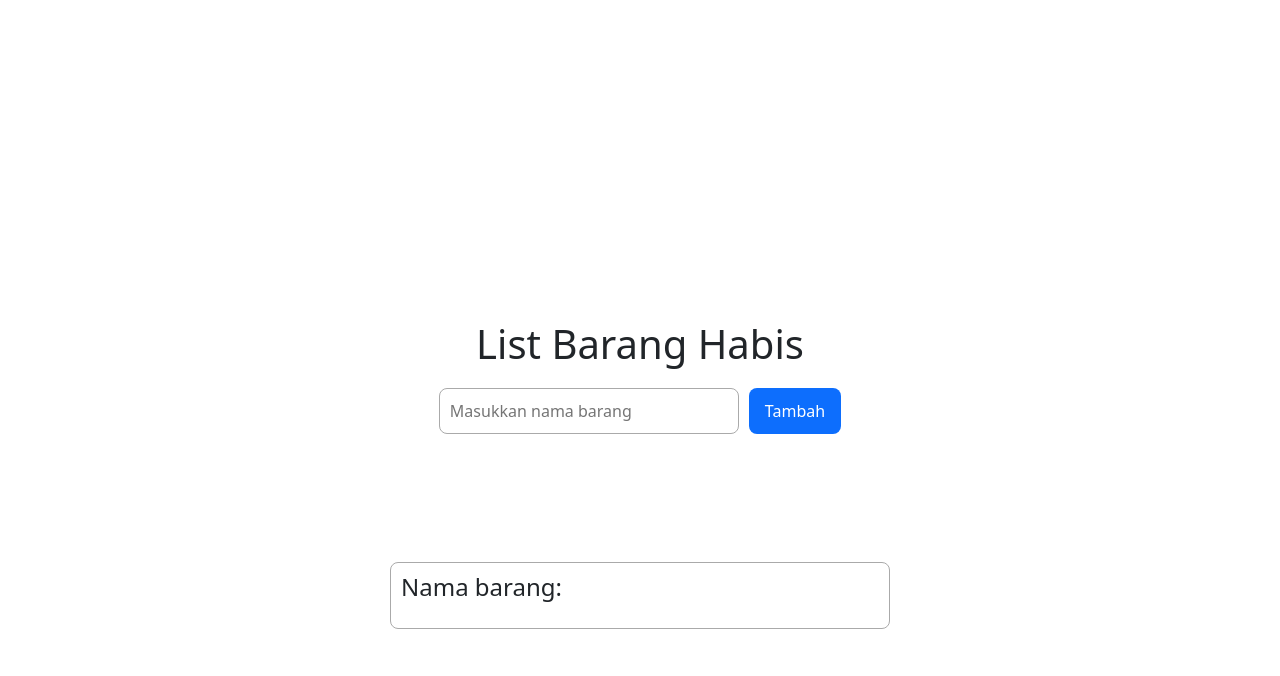
Repository: amorysdeo/dirumah
Page: index.html
An editor plug-in stored every save of this project. The page is shown before and after a run of saves, followed by the edit.
The browser window is 1280 px wide. The pictures show the whole page.

Above is the page before, as saved 2025-11-27 12:05:04.

### index.html
<!DOCTYPE html>
<html lang="en">
<head>
    <meta charset="UTF-8">
    <meta name="viewport" content="width=device-width, initial-scale=1.0">
    <link rel="stylesheet" href="css.css">
    <link href="https://cdn.jsdelivr.net/npm/bootstrap@5.3.3/dist/css/bootstrap.min.css" rel="stylesheet">

    <title>Belanja</title>
</head>
<body>
    <div id="main-box">
        <div id="title">
            <h1>List Barang Habis</h1>
        </div>
        <div id="inputan">
            <input type="text" id="barang" name="barang" placeholder="Masukkan nama barang">
            <button>Tambah</button>
        </div>
    </div>
    <div id="list-box">
        <h4>Nama barang:</h4>
        <ul></ul>
    </div>

    <script src="https://cdn.jsdelivr.net/npm/@popperjs/core@2.11.8/dist/umd/popper.min.js"></script>
    <script src="https://cdn.jsdelivr.net/npm/bootstrap@5.3.3/dist/js/bootstrap.min.js"></script>
</body>
</html>

### css.css
body {
    padding-top: 25%;
    margin: 0;
    background-color: #f5f5f5;
}

/* BOX UTAMA */
#main-box {
    /* background-color: aqua; */
    width: 75%;
    max-width: 500px;

    /* INI YANG NENGAHAN KANAN-KIRI */
    margin-left: auto;
    margin-right: auto;

    margin-bottom: 10%;

    /* Biar kontennya center */
    text-align: center;

}

/* TITLE */
#title h1 {
    margin-bottom: 20px;
}

/* INPUT + BUTTON */
#inputan {
    display: flex;
    justify-content: center;
    gap: 10px;
}

#inputan input {
    padding: 10px;
    width: 70%;
    max-width: 300px;
    border-radius: 8px;
    border: 1px solid #aaa;
    font-size: 16px;
}

#inputan button {
    padding: 10px 16px;
    border-radius: 8px;
    border: none;
    background-color: #0d6efd;
    color: white;
    font-size: 16px;
    cursor: pointer;
    transition: 0.2s;
}

#inputan button:hover {
    background-color: #0b5ed7;
}

#list-box {
    padding: 10px;
    width: 75%;
    max-width: 500px;
    border-radius: 8px;
    border: 1px solid #aaa;

    /* Nengahin */
    margin-left: auto;
    margin-right: auto;
}

After the next 5 saves:
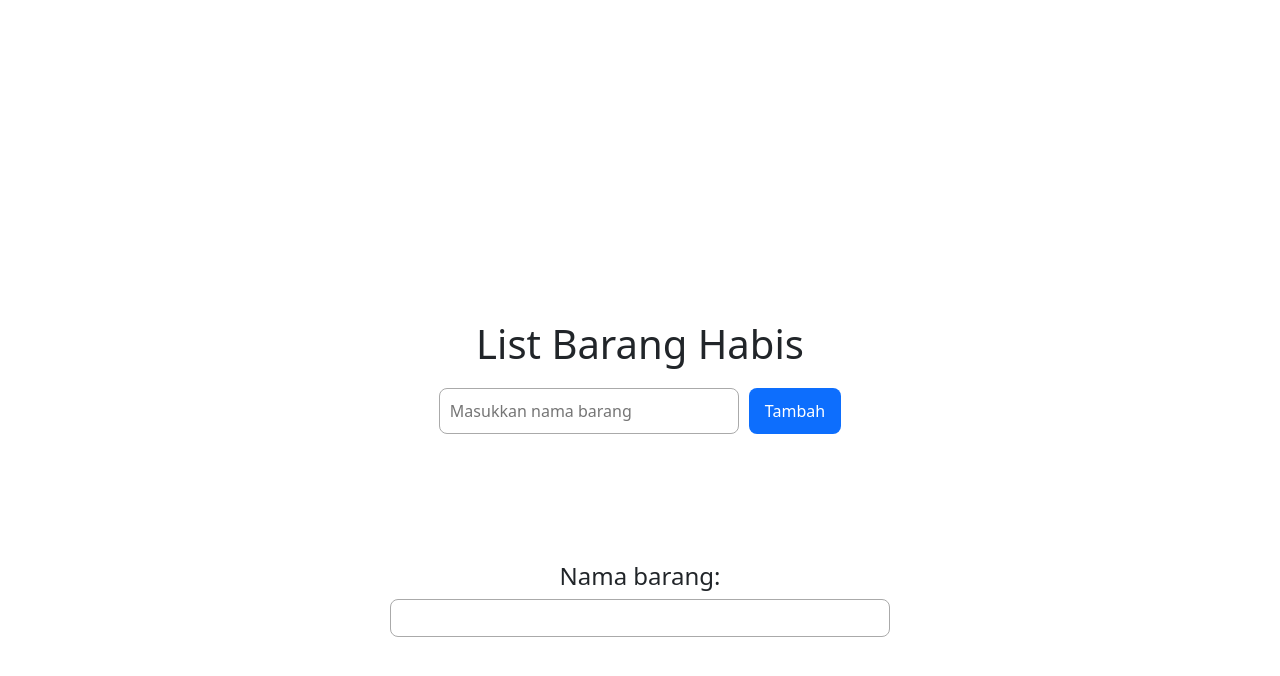
The 5 saves are shown as one change because they came seconds apart.
The last was saved 15 s later.
--- a/index.html
+++ b/index.html
@@ -18,8 +18,9 @@
             <button>Tambah</button>
         </div>
     </div>
+
+    <h4 class="text-center">Nama barang:</h4>
     <div id="list-box">
-        <h4>Nama barang:</h4>
         <ul></ul>
     </div>
 
